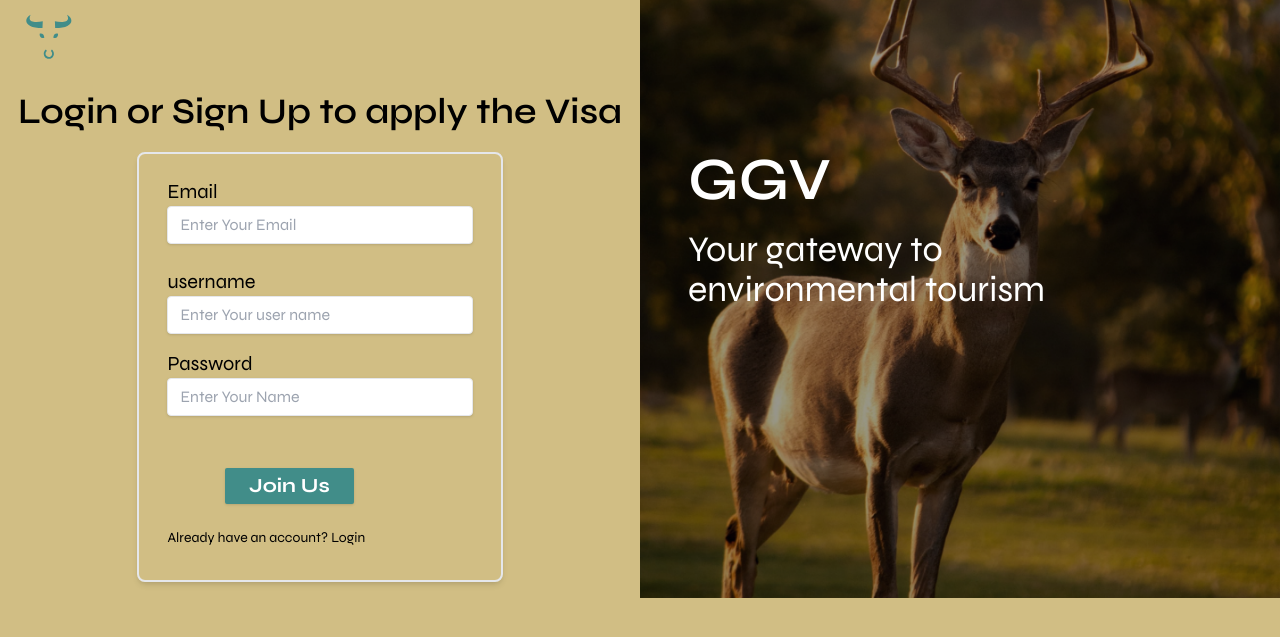
Repository: EngrAhmadUmar/landing-page
Page: /register
These files come from the project's save history. The page is drawn as it stood at one moment and after the next save; the edit follows.
The browser window is 1280 px wide. The pictures show the whole page.
The project was rebuilt for these pictures with package versions that can differ from the ones it lists, and the page was loaded fresh each time. The framework's server and built-in components were replaced by stand-ins that run in the browser. Also part of the build but not shown: next.config.js, styles/Home.module.css, src/Queries/conservationAreas.jsx, src/mutations/ApplyVisa.js, src/Queries/areaOfConservationQuery.js, src/Components/GetConservationAreas.js, src/Components/ApplyPageComponents/ApplyForm.jsx, src/Components/ApplyPageComponents/FormButton.jsx and 1 more.

Above is the page before, as saved 2022-07-12 09:48:31.

After the next save:
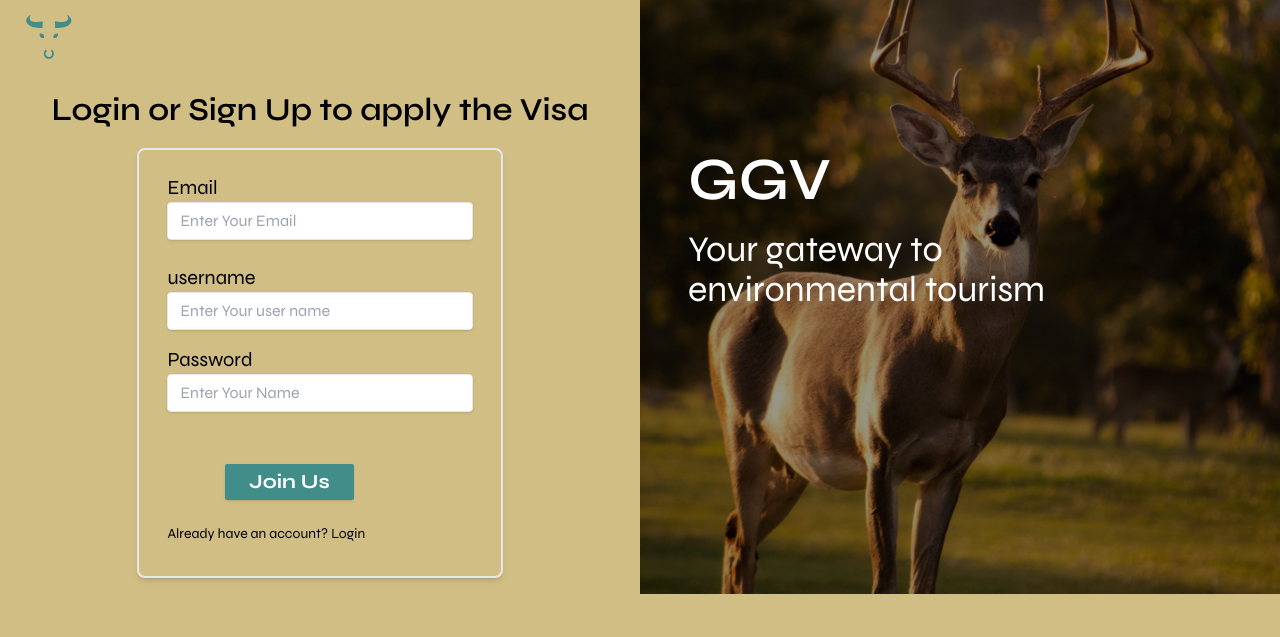
Saved 35 s later.
--- a/src/Components/ApplyPageComponents/RegisterForm.jsx
+++ b/src/Components/ApplyPageComponents/RegisterForm.jsx
@@ -64,7 +64,7 @@ const JoinUs = () => {
           <h3
             className={`${
               styles.headings
-            }  ${"text-center text-3xl md:text-4xl mb-5 font-semibold"}`}
+            }  ${"text-center text-3xl md:text-[2rem] mb-5 font-semibold"}`}
           >
             Login or Sign Up to apply the Visa
           </h3>
